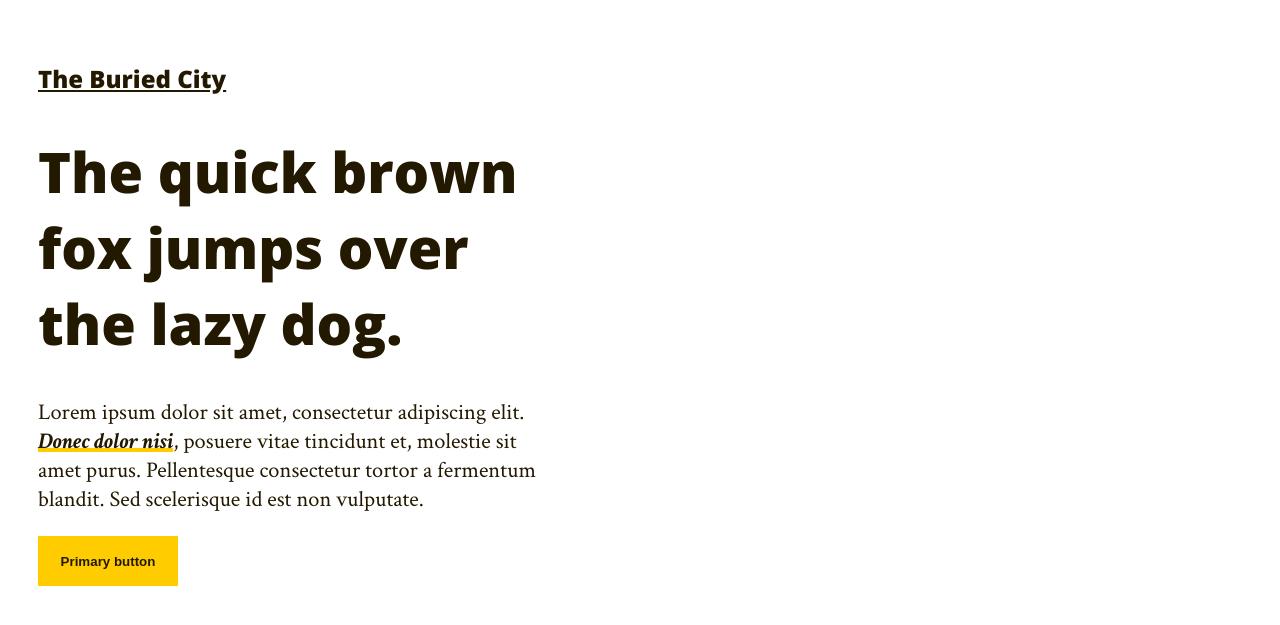
Repository: rafigabriel/TP2---Web-I
Page: ex02-css/index.html
An editor plug-in stored every save of this project. The page is shown before and after the next save, followed by the edit.
The browser window is 1280 px wide. The pictures show the whole page.

Above is the page before, as saved 2024-09-09 18:42:34.

After the next save:
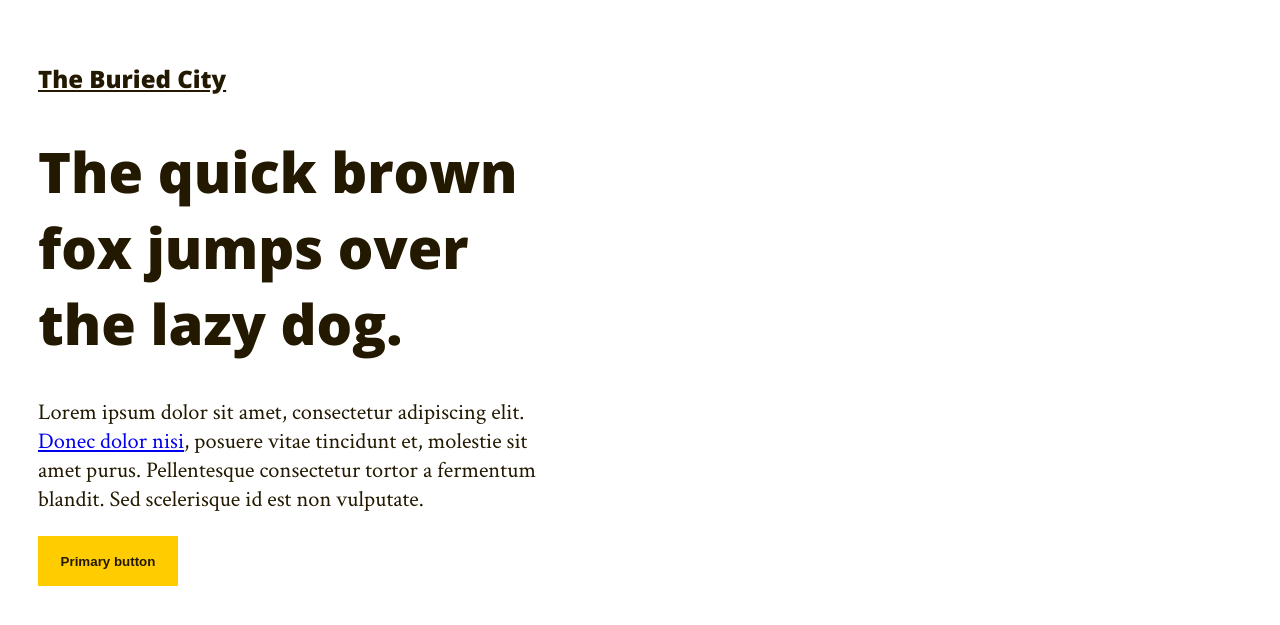
Saved 23 s later.
--- a/ex02-css/index.html
+++ b/ex02-css/index.html
@@ -16,7 +16,7 @@
     <body>
         <p id="secao">The Buried City</p>
         <h1>The quick brown fox jumps over the lazy dog.</h1>
-        <p>Lorem ipsum dolor sit amet, consectetur adipiscing elit. <a id="link"
+        <p>Lorem ipsum dolor sit amet, consectetur adipiscing elit. <a
                 href="#">Donec dolor nisi</a>, posuere vitae tincidunt et,
             molestie sit amet purus. Pellentesque consectetur tortor a fermentum
             blandit. Sed scelerisque id est non vulputate.</p>

After the save that followed:
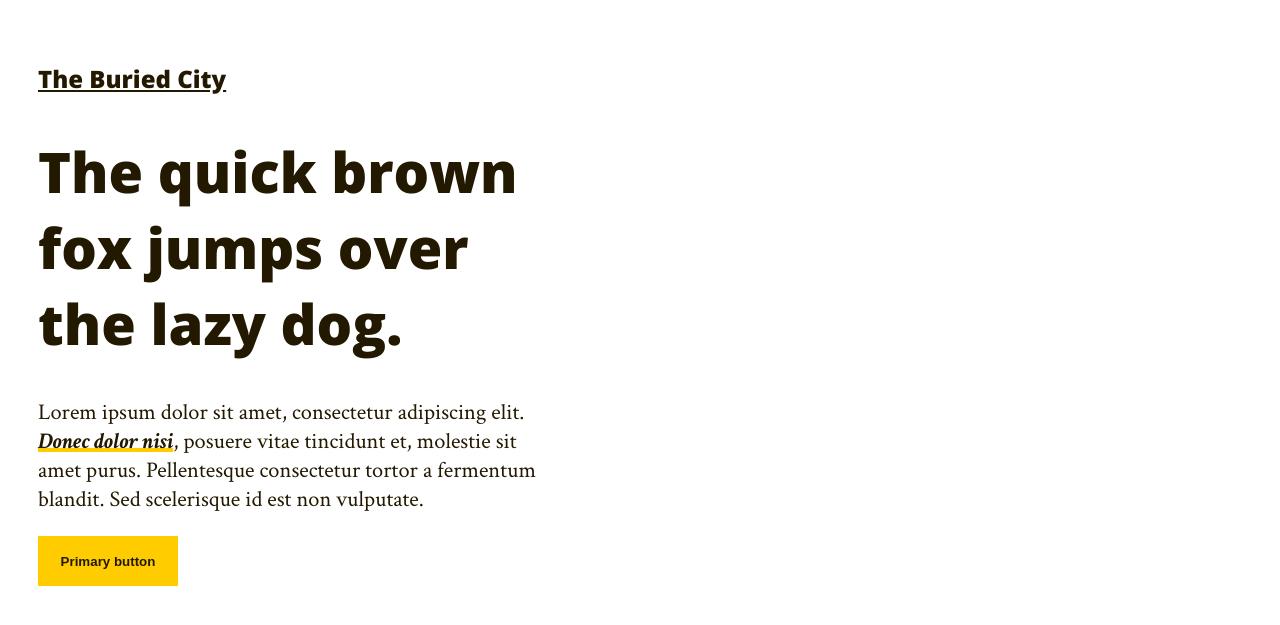
Saved 5 s later.
--- a/ex02-css/style.css
+++ b/ex02-css/style.css
@@ -18,7 +18,7 @@ h1{
     font-size: 1.5em;
 }
 
-#link{
+a{
     font-family: "Crimson Text", sans-serif;
     font-style: italic;
     font-weight: 700;
